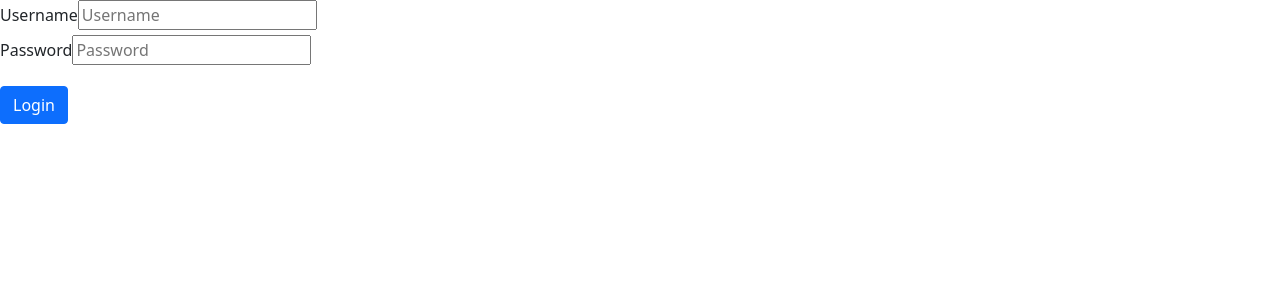
Repository: dilaraozdem1r/BooksApp
Page: /admin/page
These files come from the project's save history. The page is drawn as it stood at one moment and after the next save; the edit follows.
The browser window is 1280 px wide. The pictures show the whole page.
The page's requests for data from a server got no answer. The project was rebuilt for these pictures with package versions that can differ from the ones it lists, and the page was loaded fresh each time. No one was signed in, and anything a server would have sent is missing. Also part of the build but not shown: src/Components/BookList.js, src/Components/SearchBar.js.

Above is the page before, as saved 2021-08-20 13:21:42.

### public/index.html
<!DOCTYPE html>
<html lang="en">
  <head>
    <meta charset="utf-8" />
    <link rel="icon" href="%PUBLIC_URL%/favicon.ico" />
    <meta name="viewport" content="width=device-width, initial-scale=1" />
    <meta name="theme-color" content="#000000" />
    <meta
      name="description"
      content="Web site created using create-react-app"
    />
    <link rel="apple-touch-icon" href="%PUBLIC_URL%/logo192.png" />
    <!--
      manifest.json provides metadata used when your web app is installed on a
      user's mobile device or desktop. See https://developers.google.com/web/fundamentals/web-app-manifest/
    -->
    <link rel="manifest" href="%PUBLIC_URL%/manifest.json" />
    <!--
      Notice the use of %PUBLIC_URL% in the tags above.
      It will be replaced with the URL of the `public` folder during the build.
      Only files inside the `public` folder can be referenced from the HTML.

      Unlike "/favicon.ico" or "favicon.ico", "%PUBLIC_URL%/favicon.ico" will
      work correctly both with client-side routing and a non-root public URL.
      Learn how to configure a non-root public URL by running `npm run build`.
    -->
    <link href="https://cdn.jsdelivr.net/npm/bootstrap@5.0.2/dist/css/bootstrap.min.css" rel="stylesheet" integrity="sha384-EVSTQN3/azprG1Anm3QDgpJLIm9Nao0Yz1ztcQTwFspd3yD65VohhpuuCOmLASjC" crossorigin="anonymous">
    <title>Books App</title>
  </head>
  <body>
    <noscript>You need to enable JavaScript to run this app.</noscript>
    <div id="root"></div>
    <!--
      This HTML file is a template.
      If you open it directly in the browser, you will see an empty page.

      You can add webfonts, meta tags, or analytics to this file.
      The build step will place the bundled scripts into the <body> tag.

      To begin the development, run `npm start` or `yarn start`.
      To create a production bundle, use `npm run build` or `yarn build`.
    -->
    <script src="https://cdn.jsdelivr.net/npm/bootstrap@5.0.2/dist/js/bootstrap.bundle.min.js" integrity="sha384-MrcW6ZMFYlzcLA8Nl+NtUVF0sA7MsXsP1UyJoMp4YLEuNSfAP+JcXn/tWtIaxVXM" crossorigin="anonymous"></script>
  </body>
</html>

### src/index.js
import React from 'react'
import ReactDOM from 'react-dom'
import App from './Components/App'

ReactDOM.render(
    <App />,
    document.getElementById('root')

);

### src/Components/App.js
import React from 'react'
import { BrowserRouter as Router, Switch, Route, Link } from "react-router-dom";
import Books from './BookList';
import axios from 'axios'
import SearchBar from './SearchBar'
import Admin from './Admin'

class App extends React.Component {
  state = {
    books: [],
    searchQuery:""
  }

  async componentDidMount() {
    this.getBooks();

  }
  async getBooks() {
    const response = await axios.get(" http://localhost:3004/books");

    this.setState({ books: response.data })

  }
  searchMovie=(event)=>{
    this.setState({
      searchQuery:event.target.value
    })

  }

  render() {

    let filteredBooks=this.state.books.filter(
      (book)=>{
        return book.name.toLowerCase().indexOf(this.state.searchQuery.toLowerCase()) !== -1 }
    ).sort((a,b)=>{
      return a.id < b.id ? 1 : a.id > b.id ? -1 : 0 ;
    });



    return (
      <Router>
      <Switch>
      <Route path="/" exact render={() => (
            <React.Fragment>
      <div>
        <nav className="navbar navbar-light bg-light">
            <div className="container-fluid">
            <a class="navbar-brand">
          <img src="https://encrypted-tbn0.gstatic.com/images?q=tbn:ANd9GcRZ-o86obF-UTdLqsqqiUM6O82URx7R52fXlw&usqp=CAU" alt="" width="50" height="40" class="d-inline-block align-text-top"/>
          </a>

            <SearchBar search={this.searchMovie} />
            <div className="col ol-md-5">
                        <Link
                            to="/admin"
                            type="button"
                            className="btn btn-danger"
                            style={{ float: 'right' }}
                        >Admin Login</Link>
                    </div>

            </div>
          </nav>
      </div>
    <div>
              <Books books={filteredBooks} />
          </div>

    </React.Fragment> )}>
    </Route>

    <Route path="/admin" render={({ history }) => (
            <Admin  />
          )}>
          </Route>
    <div>
      <button class="navbar-toggler" type="button" data-bs-toggle="collapse" data-bs-target="#navbarSupportedContent" aria-controls="navbarSupportedContent" aria-expanded="false" aria-label="Toggle navigation">Admin Login</button>
    </div>












      </Switch>
      </Router>
        );
}
}
        export default App;

### src/Components/Admin.js
import React from 'react';
import { BrowserRouter as Router, Switch, Route, Link } from "react-router-dom";
class Admin extends React.Component {

    render() {
        return (
            <Router>
                <Switch>
                    <form>
                    <div class="col-md-4">
                            <label for="exampleInputEmail1" class="form-label">Username</label>
                            <input type="text" className="form-contrpl" placeholder="Username" aria-label="First name"/>

                        </div>
                            <div className="mb-3">
                                <label for="exampleInputPassword1" className="form-label">Password</label>
                                <input type="password" className="col-xs-4" placeholder="Password" aria-label="Last name"/>
                            </div>


                                    <button type="submit" className="btn btn-primary">Login</button>
                    </form>
                </Switch>
        </Router>

                        )
    }

}
export default Admin;

After the next save:
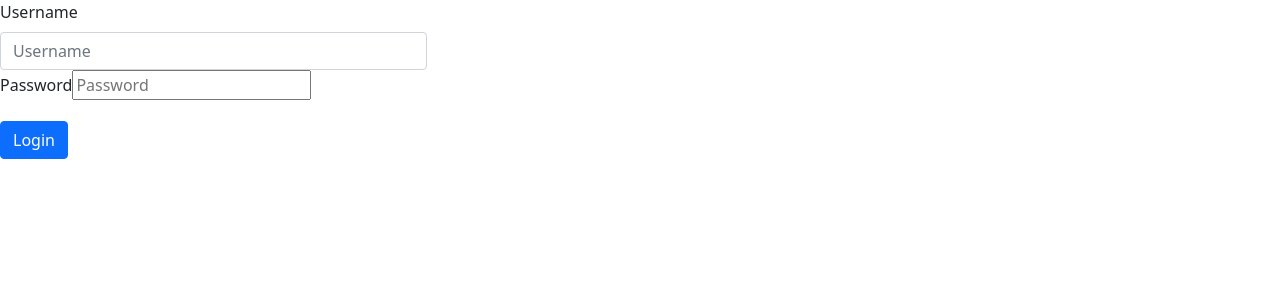
Saved 12 s later.
--- a/src/Components/Admin.js
+++ b/src/Components/Admin.js
@@ -9,7 +9,7 @@ class Admin extends React.Component {
                     <form>
                     <div class="col-md-4">
                             <label for="exampleInputEmail1" class="form-label">Username</label>
-                            <input type="text" className="form-contrpl" placeholder="Username" aria-label="First name"/>
+                            <input type="text" className="form-control" placeholder="Username" aria-label="First name"/>
 
                         </div>
                             <div className="mb-3">
